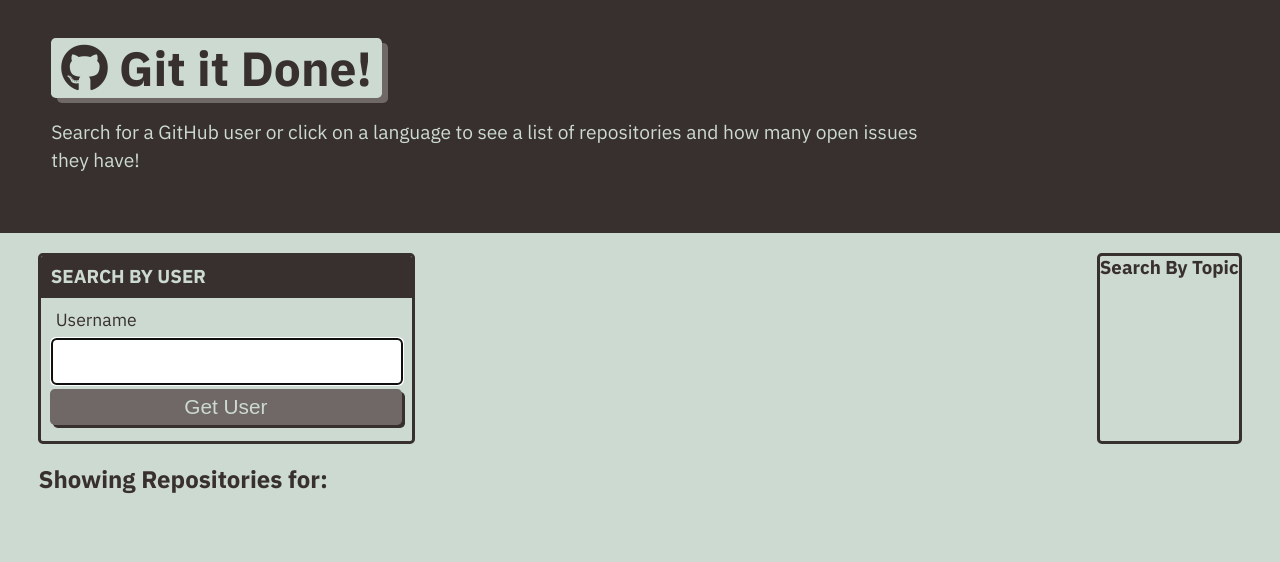
Repository: Brookethorson/git-it-done
Page: index.html
These files come from the project's save history. The page is drawn as it stood at one moment and after the next save; the edit follows.
The browser window is 1280 px wide. The pictures show the whole page.
Some web libraries are served in a nearby version.

Above is the page before, as saved 2021-09-04 17:37:47.

After the next save:
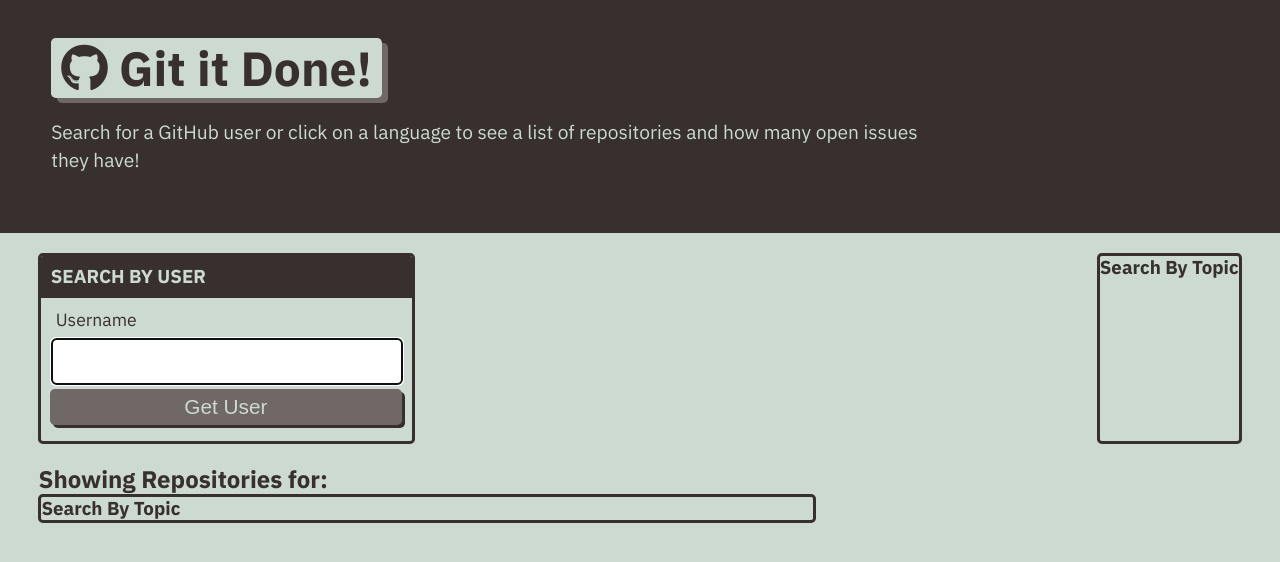
Saved 20 s later.
--- a/index.html
+++ b/index.html
@@ -40,6 +40,10 @@
       <h2 class="subtitle">Showing Repositories for: <span id="repo-search-term"></span></h2>
       <div id="repos-container" class="list-group">
 
+        <div class="card">
+          <h3>Search By Topic</h3>
+        </div>
+
       </div>
     </div>
   </main>

After the 2 saves that followed:
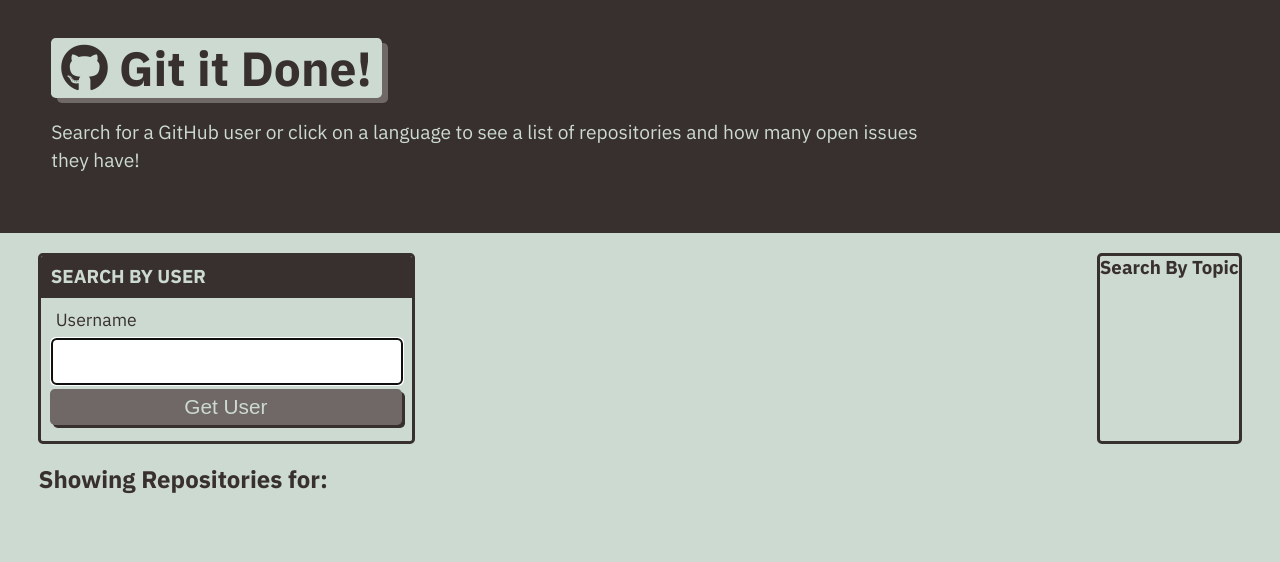
The 2 saves are shown as one change because they came seconds apart.
The last was saved 6 s later.
--- a/index.html
+++ b/index.html
@@ -40,9 +40,7 @@
       <h2 class="subtitle">Showing Repositories for: <span id="repo-search-term"></span></h2>
       <div id="repos-container" class="list-group">
 
-        <div class="card">
-          <h3>Search By Topic</h3>
-        </div>
+
 
       </div>
     </div>
